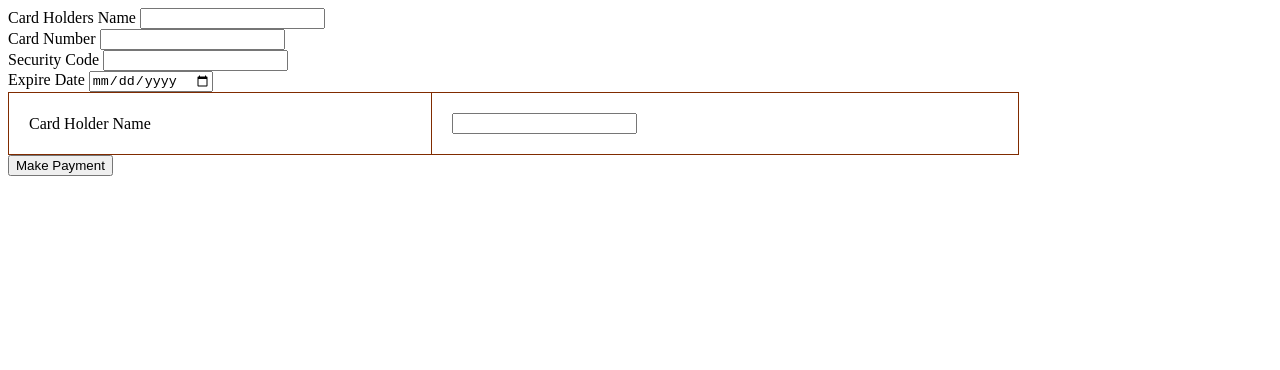
Repository: sandeepa9803/OOP---Online-Travel-web-application
Page: http://localhost/PaymentNew/PaymentInsert.jsp
These files come from the project's save history. The page is drawn as it stood at one moment and after the next save; the edit follows.
The browser window is 1280 px wide. The pictures show the whole page.
The page is served by Tomcat 9.

Above is the page before, as saved 2021-10-11 12:23:26.

After the next save:
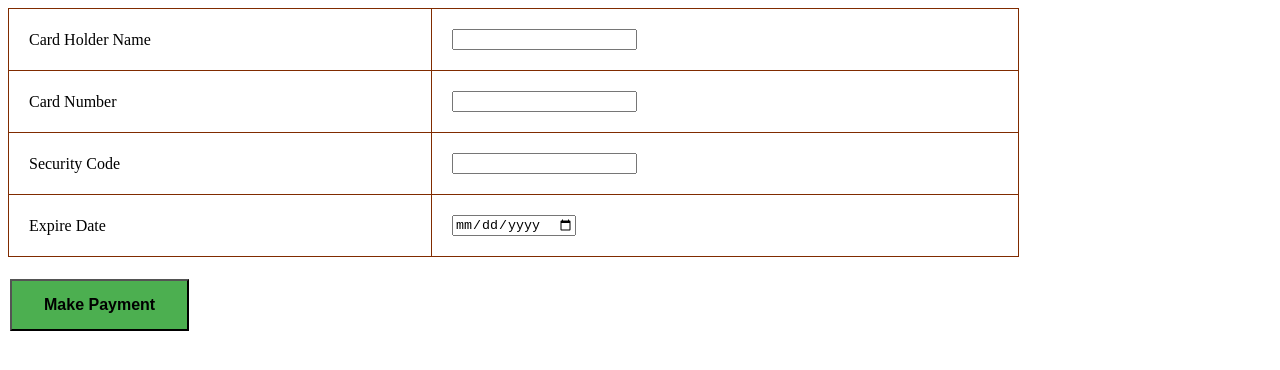
Saved 3 min 26 s later.
--- a/PaymentNew/WebContent/PaymentInsert.jsp
+++ b/PaymentNew/WebContent/PaymentInsert.jsp
@@ -57,14 +57,25 @@ th, td {
         <td> <input type = "text" name = "cardholder"> </td>
         </tr>
 
-         Card Holders Name <input type = "text" name = "cardholder"><br>
-         Card Number <input type ="number" name = "cardnum"> <br>
-         Security Code <input type ="number" name = "cvcnum"> <br>
-         Expire Date <input type = "date"  name = "date">  <br>
+        <tr>
+        <td> Card Number </td>
+        <td> <input type ="number" name = "cardnum"> </td>
+        </tr>
 
-         </table>
+        <tr>
+        <td> Security Code </td>
+        <td> <input type ="number" name = "cvcnum"> </td>
+        </tr>
 
-         <input type ="submit"  name="submit"  value ="Make Payment" >
+        <tr>
+        <td> Expire Date </td>
+        <td> <input type = "date"  name = "date"> </td>
+        </tr>
+
+        </table>
+        <br>
+
+         <input type ="submit"  name="submit"  value ="Make Payment" class="button" >
 
 
 
